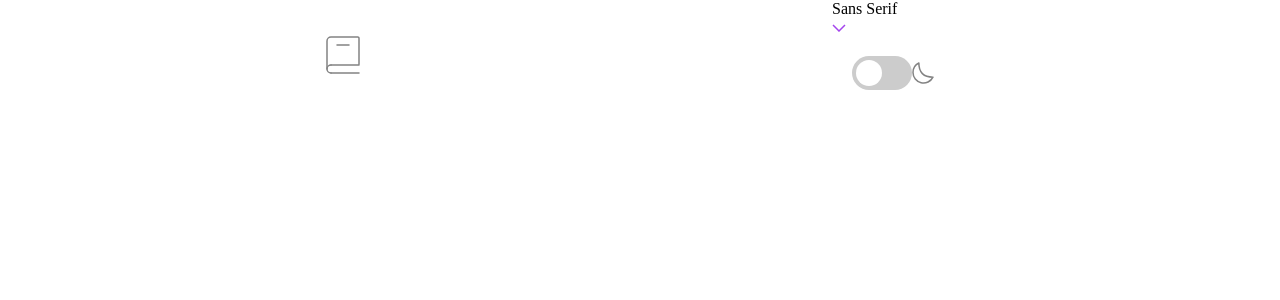
Repository: Arkitecth/dictionary-app
Page: index.html
These files come from the project's save history. The page is drawn as it stood at one moment and after the next save; the edit follows.
The browser window is 1280 px wide. The pictures show the whole page.

Above is the page before, as saved 2023-07-19 17:53:48.

After the next save:
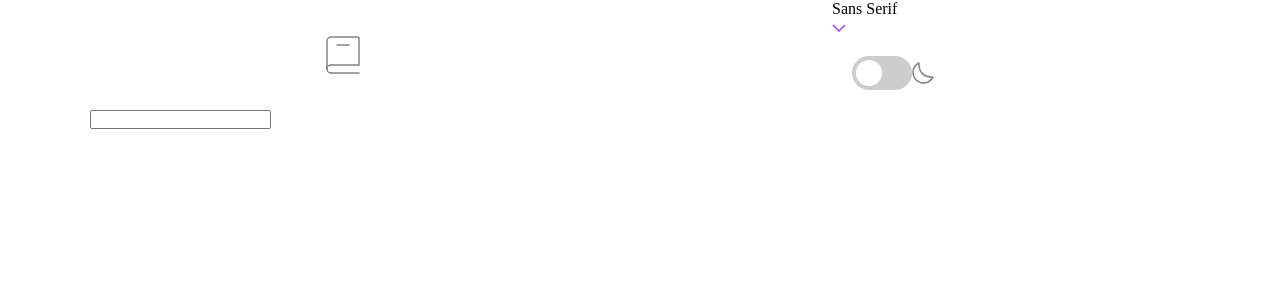
Saved 8 s later.
--- a/index.html
+++ b/index.html
@@ -31,6 +31,7 @@
 
   <section class="search-bar">
     <label for="search-bar"></label>
+    <input type="text" name="" id="">
   </section>
 
 </body>
